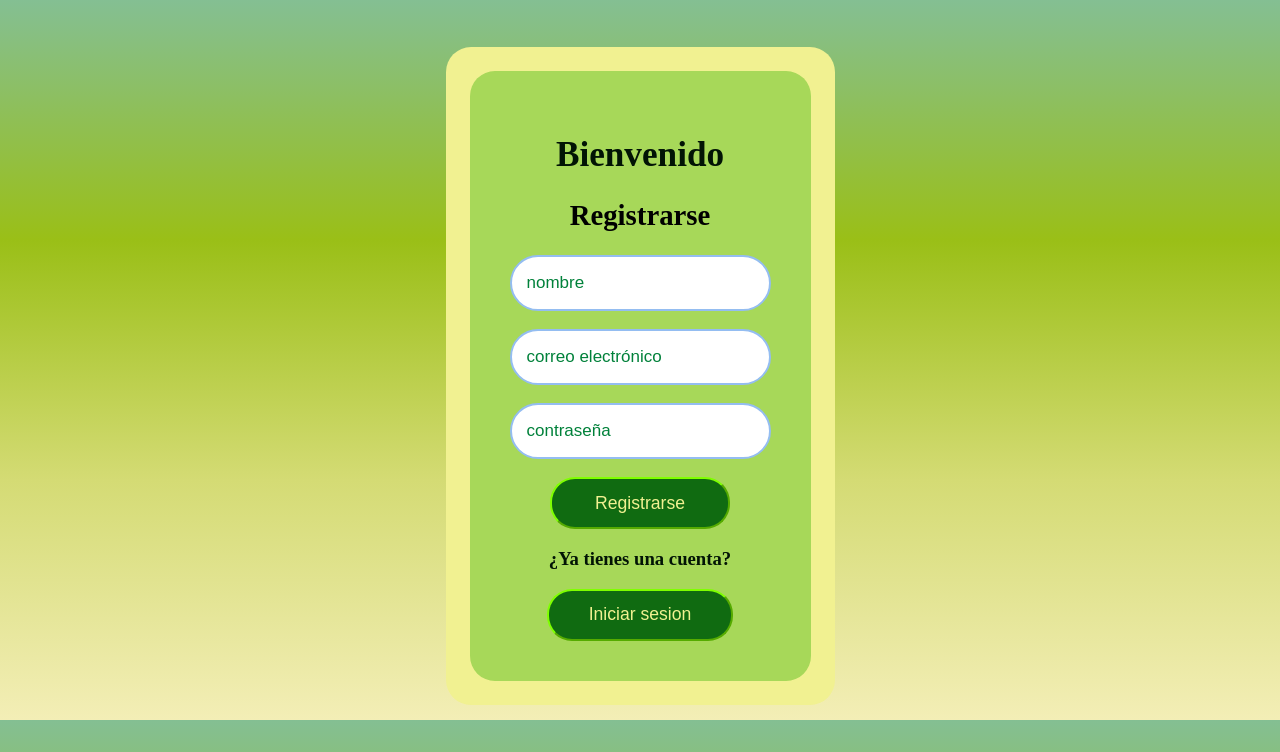
Repository: carrascokarencb37-afk/Nuura
Page: html/registrarse.html
An editor plug-in stored every save of this project. The page is shown before and after the next save, followed by the edit.
The browser window is 1280 px wide. The pictures show the whole page.
Some icons come from a web library that is not loaded, so they are not drawn. Backgrounds fixed to the window are drawn as part of the page.

Above is the page before, as saved 2026-05-28 23:08:22.

### html/registrarse.html
<!DOCTYPE html>
<html lang="es">
<head>
    <meta charset="UTF-8">
    <meta name="viewport" content="width=device-width, initial-scale=1.0">

    <title>Nuura - Registrarse</title>

    <link rel="stylesheet" href="../css/style.css">
    <link rel="icon" href="../img/Nuura.png" type="png">

        <script src="../js/script.js" defer></script>

</head>
    <body>
        <div class="borde">
            <div class="cont">
                <h1>Bienvenido</h1>
                <h2>Registrarse</h2>

        <form action="../php/guardar.php" method="POST">
                <input type="text" name="nombre" placeholder="nombre" id="nombre">
                <br><br>
                <input type="email" name="correo" id="correo" placeholder="correo electrónico">
                <br><br>
            <div class="contra">
                <input type="password" name="contra" id="contra" placeholder="contraseña">
                <span onclick="mostrarContra()" class="ojo">
                    <i
                        class="fi fi-sr-eye">
                    </i>
                </span>
                <br><br>
            </div>

                <button type="submit" class="chapito">Registrarse</button>

        </form>
                <h3>¿Ya tienes una cuenta?</h3>

                <a href="iniciarsesion.html"><button class="chapito">Iniciar sesion</button></a>

            </div>
        </div>

    </body>
</html>

### css/style.css
@import url('https://cdn-uicons.flaticon.com/4.0.0/uicons-solid-rounded/css/uicons-solid-rounded.css');

/*Importar fuente chewy*/
@font-face {
    font-family: 'chewy';
    src: url(../fonts/Chewy-Regular.ttf) format('truetype');
    font-weight: normal;
    font-style: normal;
}


body {
    background-image: linear-gradient(to top, #f3eeb6, #d4db74, #9abf17, #84bf93);
    background-size: cover;
    background-attachment: fixed;
    min-height: 100vh;
    margin: 0;

    justify-content: center;
    text-align: center;
    padding: 1rem;
    display: flex;
    align-items: center;
    justify-content: center;
}

.titulo {
    font-family: Arial, Helvetica, sans-serif;
}

.boton {
    text-decoration: none;
}

/*Aqui empieza el estilo de INICIAR SESION.html*/
.cont{
    border-radius: 25px;
    background-color: #a7d859;
    padding: 2rem;
    min-width: 70%;

}
.cont h1{
    color: rgb(2, 20, 5);
    font-family:cursive;
}
.cont h3{
    color:rgb(2, 20, 5);
    font-family:cursive;
}

.borde{
    background-color: #F1F191;
    border-radius:25px;
    padding: 2rem;
}

/*registros*/
.cont input{
    border-radius:30px;
    height: 2rem;
    width: 15rem;
    border-color: rgb(148, 189, 241);
}
.cont ::placeholder{
    color: rgb(0, 129, 58);
}

input{
    color: #004d00;
    max-width: 230px;
    min-height: 35px;

    border-radius: 20px;
    border: 2px solid #4c74ff;

    padding-left: 15px;

    color: #145214;

    font-size: 16px;

    outline: none;
}

/*ojito password*/
.fi fi-sr-eye{
    position: absolute;
    right: 15px;
    top: 8px;
    transform: translateY(-50%);
    cursor: pointer;
}

/*botones*/
.chapito{
    border-radius: 25px;
    background-color:rgb(78, 167, 42) ;
    border-color: chartreuse;
    height: 2rem;
    color: #F1F191;
    transition: 1s;
    background-color: rgb(16, 107, 17);
    height: 3rem;
    cursor: pointer;
}
.chapito:hover{
    background-color:rgb(148, 189, 241);
    color: blue;
    border-color: blue;
    transition: 1s;
    transform: scale(1.05);
}
/* PC y tablets grandes (más de 768px) */
@media (min-width: 769px) {
    .borde {
        max-width: 700px; /* Más ancho en PC */
        padding: 1.5rem;
    }

    .cont {
        max-width: 600px; /* Más ancho en PC */
        padding: 2.5rem;
    }

    .cont input {
        max-width: 380px; /* Inputs más anchos en PC */
        height: 3rem;
    }

    input {
        max-width: 380px;
        min-height: 50px;
        font-size: 17px;
    }

    .contra {
        max-width: 380px;
    }

    .chapito {
        min-height: 52px;
        padding: 0 2.5rem;
        font-size: 1.1rem;
        width: auto;
        min-width: 180px;
    }

    .cont h1 {
        font-size: 2.2rem;
    }

    .cont h2 {
        font-size: 1.8rem;
    }
}

/* Móviles medianos (480px - 768px) */
@media (min-width: 481px) and (max-width: 768px) {
    body {
        padding: 1rem;
    }

    .borde {
        max-width: 500px;
    }

    .cont {
        max-width: 400px;
    }

    .cont input {
        max-width: 260px;
    }

    input {
        max-width: 260px;
    }

    .contra {
        max-width: 260px;
    }
}

/* Móviles en horizontal y tablets pequeñas */
@media (max-width: 768px) {
    .chapito:hover {
        transform: none; /* Evita problemas de hover en táctil */
    }
}

/* Ajuste para pantallas muy pequeñas (menos de 360px) */
@media (max-width: 360px) {
    .cont {
        padding: 1rem;
    }

    .chapito {
        width: 100%;
        max-width: 200px;
        font-size: 0.85rem;
    }

    .cont h1 {
        font-size: 1.4rem;
    }

    .cont h2 {
        font-size: 1.1rem;
    }
}

### js/script.js
//Aqui está el código para mostrar la contraseña en el input de iniciar sesión
function mostrarContra() {
    const input = document.getElementById('contra');
    if (input.type === 'password') {
        input.type = 'text';
    }else {
        input.type = 'password';
    }

}

After the next save:
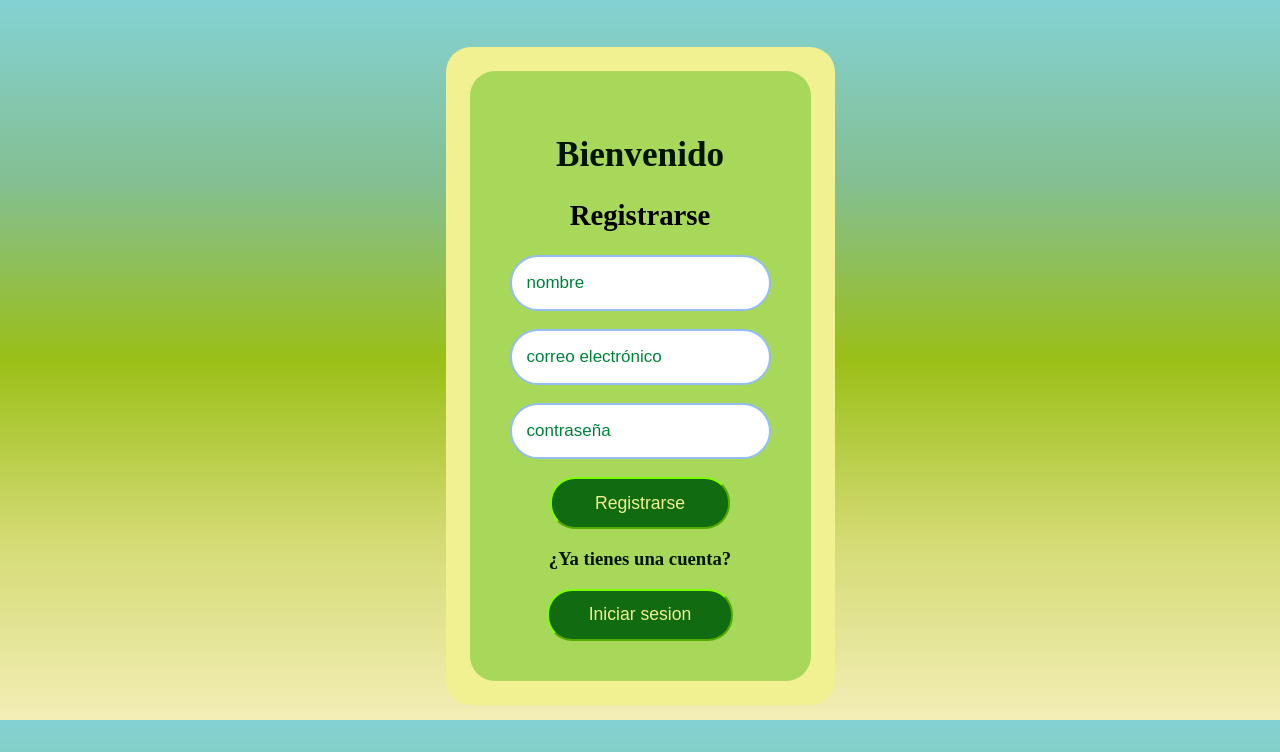
Saved 39 s later.
--- a/css/style.css
+++ b/css/style.css
@@ -10,7 +10,7 @@
 
 
 body {
-    background-image: linear-gradient(to top, #f3eeb6, #d4db74, #9abf17, #84bf93);
+    background-image: linear-gradient(to top, #f3eeb6, #d4db74, #9abf17, #84bf93, #83d2d3);
     background-size: cover;
     background-attachment: fixed;
     min-height: 100vh;
